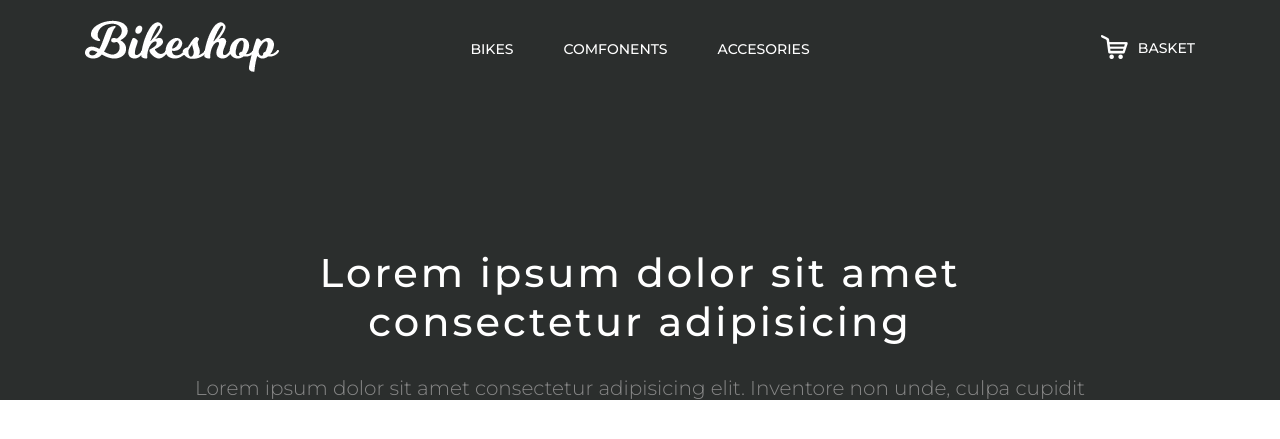
Repository: vanphongnguyen1/webDemo
Page: Bikeshop/index.html
The author's editor kept a copy of each file at every save. The page is drawn from the files as they stood at one save, then again after the next save.
The browser window is 1280 px wide. The pictures show the whole page.
The style sheet was rebuilt from its Sass, Less or Tailwind sources for each picture, by a compiler version that may differ from the author's.

Above is the page before, as saved 2020-09-04 14:20:49.

After the next save:
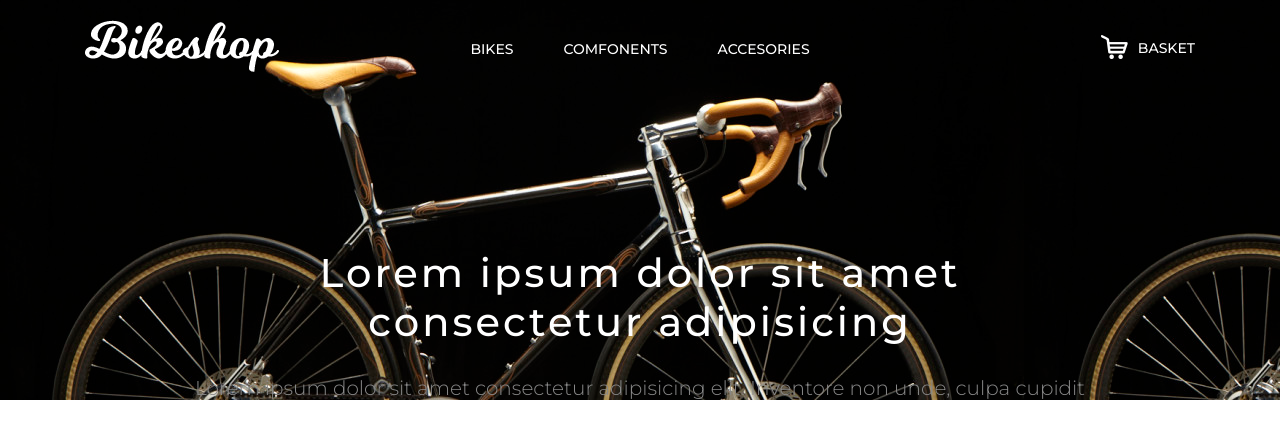
Saved 63 s later.
--- a/Bikeshop/sass/components/_header.scss
+++ b/Bikeshop/sass/components/_header.scss
@@ -2,6 +2,7 @@ header {
     // background-image: linear-gradient(to top right,red,black),;
     // height: 100vh;
     background-color: #2b2e2d;
+    background-image: url(../../img/background2.jpg);
     .nav {
         padding: 2rem 0;
         .logo {}
